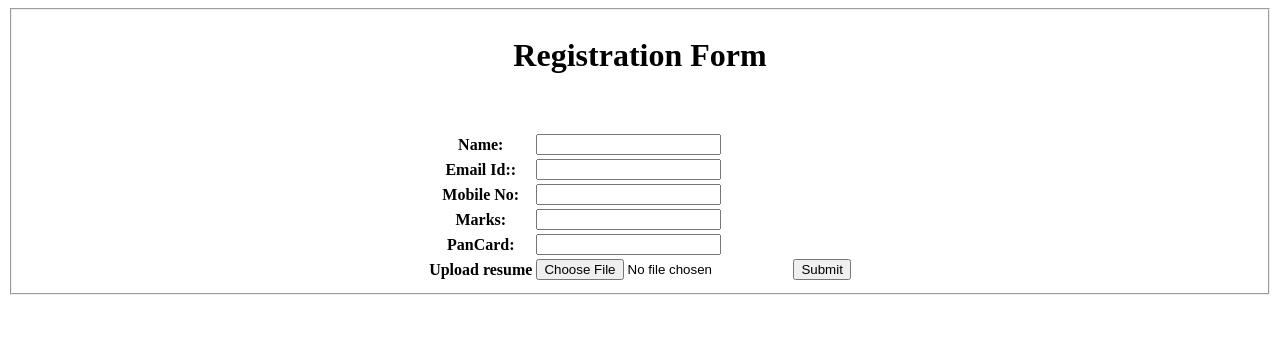
Repository: poojagupta18/Practice-Java
Page: http://localhost/MyOnlineInterviewProcess/RegistrationPortal.jsp
The author's editor kept a copy of each file at every save. The page is drawn from the files as they stood at one save, then again after the next save.
The browser window is 1280 px wide. The pictures show the whole page.
The page is served by Tomcat 9.

Above is the page before, as saved 2019-12-04 11:51:13.

After the next save:
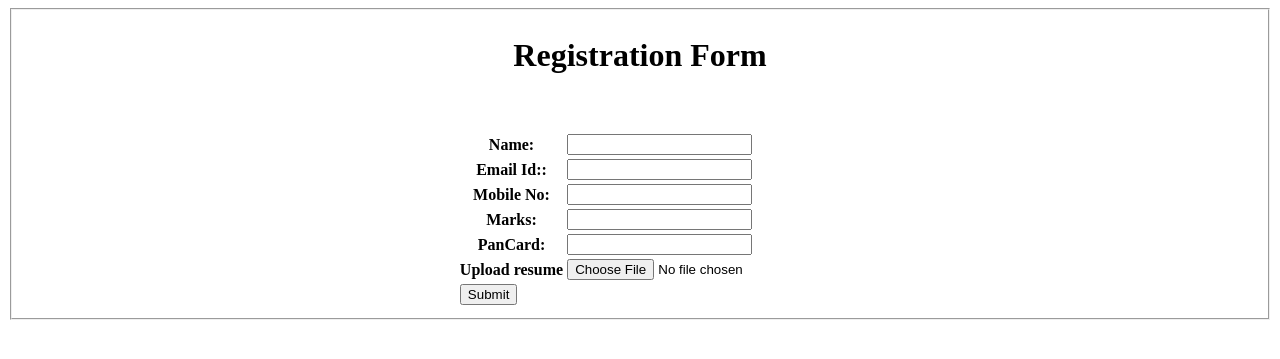
Saved 10 s later.
--- a/java Training/java/Online-Interview-Process/MyOnlineInterviewProcess/WebContent/RegistrationPortal.jsp
+++ b/java Training/java/Online-Interview-Process/MyOnlineInterviewProcess/WebContent/RegistrationPortal.jsp
@@ -37,8 +37,9 @@
 			<tr>
 				<th>Upload resume</th>
 				<td><input type="file" name="file" /></td>
-				<td><input type="submit" value="Submit"></td>
+
 			</tr>
+			<tr><td><input type="submit" value="Submit"></td></tr>
 		</table>
 		</center>
 		</fieldset>
